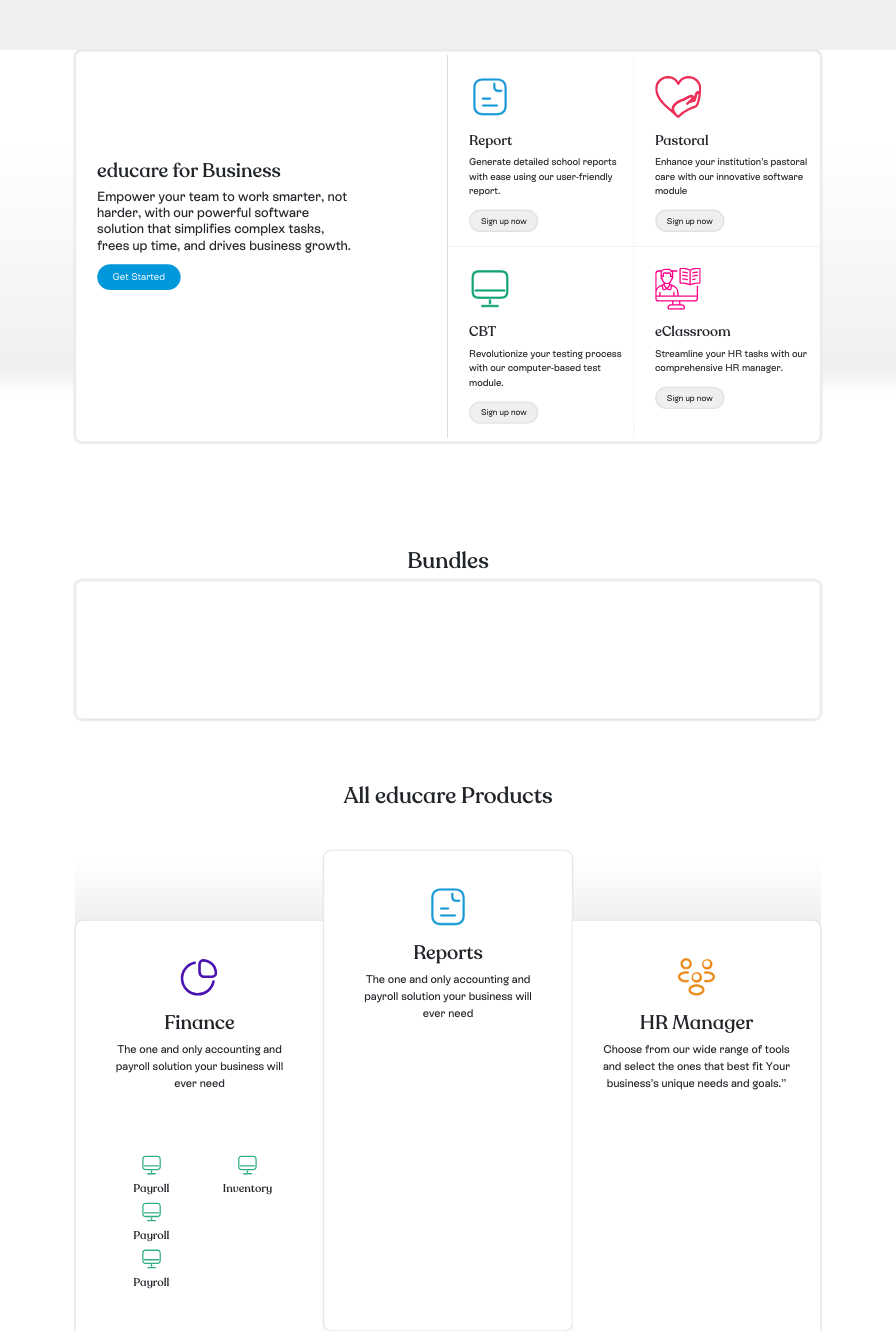
Repository: sarahnnanyelugo/educare-web
Page: /
An editor plug-in stored every save of this project. The page is shown before and after the next save, followed by the edit.
The browser window is 1280 px wide. The pictures show the part of the page from y = 1819 to 3739 px (the page is 3720 px tall before and 3739 px after), at 70% of full size.
The project was rebuilt for these pictures with package versions that can differ from the ones it lists, and the page was loaded fresh each time.

Above is the page before, as saved 2023-04-05 10:59:37.

### src/App.jsx
import React from "react";
import logo from "./logo.svg";
import "./App.scss";
import "bootstrap/dist/css/bootstrap.min.css";
import { BrowserRouter, Routes, Route, Link, Outlet } from "react-router-dom";
import NavBar from "./components/NavBar/NavBar";
import { Home } from "./pages/Home/Home";

function App() {
  return (
    <>
      {" "}
      <NavBar />
      <Routes>
        <Route path="/" element={<Home />} />
      </Routes>
    </>
  );
}

export default App;

### src/App.scss
@font-face {
  font-family: rebondG;
  src: url(./assets/fonts/Rebond_font/RebondG.otf);
}
@font-face {
  font-family: rebondG-Bold;
  src: url(./assets/fonts/Rebond_font/RebondG-Bold.otf);
}
@font-face {
  font-family: rebondG-Medium;
  src: url(./assets/fonts/Rebond_font/RebondGrotesqueMedium.otf);
}

@font-face {
  font-family: recoMedium;
  src: url(./assets/fonts/Recoleto-font/RecoletaAlt-Medium.ttf);
}

h1,
h2,
h3,
h4,
h5,
h6 {
  font-family: recoMedium;
}
p {
  font-family: rebondG-Medium;
}
@media screen and (min-width: 620px) {
  .flexy {
    display: flex;
  }
}
@media screen and (max-width: 620px) {
  .flexyM {
    display: flex;
  }
}

### src/components/NavBar/NavBar.tsx
import React from "react";
import Logo from "../../assets/images/educare-logo.png";
import { Link, NavLink } from "react-router-dom";
import "./_navbar.scss";

function NavBar() {
  return (
    <div className="navbar-container">
      <div className="logo-holder  ">
        {" "}
        <Link to={"/"}>
          {" "}
          <img className="   logo" src={Logo} alt="Scholar" />
        </Link>
      </div>
      <ul className=" list-inline list-unstyled nav-links-container">
        <li className="list-inline-item">
          <NavLink to={""} className="nav-links">
            Solutions{" "}
            <span>
              <i className="icofont-curved-down"></i>
            </span>
          </NavLink>
        </li>{" "}
        <li className="list-inline-item">
          <NavLink to={""} className="nav-links">
            Resources
          </NavLink>
        </li>{" "}
        <li className="list-inline-item">
          <NavLink to={""} className="nav-links">
            Pricing
          </NavLink>
        </li>{" "}
        <li className="list-inline-item">
          <NavLink to={""} className="nav-links">
            Support
          </NavLink>
        </li>
      </ul>
      <div className="nav-buttons">
        <button className="sign-in-button">Log in</button>
        <button className="get-started-button">Get Started</button>
      </div>
    </div>
  );
}

export default NavBar;

### src/pages/Home/Home.tsx
import React from "react";
import { RandomComponent } from "./RandomComponent/RandomComponent";
import "./_home.scss";
import RedIcon from "../../assets/images/red-dots.svg";
import BlueIcon from "../../assets/images/blue-dots.svg";
import YellowIcon from "../../assets/images/yellow-dots.svg";
import HalfCircle from "../../assets/images/half-circle.svg";
import People from "../../assets/images/people.svg";
import Mail from "../../assets/images/edit.svg";
import People2 from "../../assets/images/people2.svg";
import Pastoral from "../../assets/images/pastoral.svg";
import Chart from "../../assets/images/chart.svg";
import Screen from "../../assets/images/screen.svg";
import Classroom from "../../assets/images/read-book.svg";
import Features from "./Features/Features";
import EducareProducts from "./EducareProducts/EducareProducts";
import OtherEducareProducts from "./OtherEducareProducts/OtherEducareProducts";

export const Home = () => {
  return (
    <>
      <div className="col-md-12 modern-solutions-container">
        <center>
          <div className="col-md-6">
            <h1>Modern solution for your Business</h1>
            <p>
              Unlock Your Business’s Potential with Cutting-Edge Software
              Solutions Designed to Streamline Operations, Optimize Performance,
              and Drive Growth.
            </p>
            <button className="gs-button">Get started</button>
            <button className="request-button">Request for a demo</button>
          </div>
        </center>
      </div>
      <div className="col-md-12 actions-container">
        <div className="col-md-4">
          <div className="col-md-9">
            {" "}
            <RandomComponent
              title="Pick your tools"
              icon={RedIcon}
              paragraph=" Unlock Your Business Potential with Cutting-Edge Software  Solutions Designed to Streamline"
            />
          </div>
        </div>
        <div className="col-md-4">
          <div className="col-md-9">
            {" "}
            <RandomComponent
              title="work smart not hard"
              icon={YellowIcon}
              paragraph="Choose from our wide range of tools and select the ones that best fit Your business’s unique needs and goals.”"
            />
          </div>
        </div>
        <div className="col-md-4">
          <div className="col-md-9">
            {" "}
            <RandomComponent
              title="We’ve got your back"
              icon={BlueIcon}
              paragraph="You can count on our support and expertise every step of the way, so you can focus on your business’s growth and success."
            />
          </div>
        </div>
      </div>
      <div className="features-heading">
        <center>
          <h1>Featured Products</h1>
        </center>
      </div>
      <div
        className="col-md-12  flexy features-holder"
        style={{ paddingBottom: "150px" }}
      >
        <div className="col-md-1">&nbsp;</div>
        <div className="col-md-10  features-container flexy">
          <div className="col-md-6 first-container">
            <h3>educare for Business</h3>
            <p>
              Empower your team to work smarter, not harder, with our powerful
              software solution that simplifies complex tasks, frees up time,
              and drives business growth.
            </p>
            <button>Get Started</button>
          </div>
          <div className="col-md-6">
            <div className="col-md-12 flexy">
              {" "}
              <div className="col-md-6 right-features">
                <Features
                  feature="Finance"
                  detail="The one and only accounting and payroll solution your business will ever need"
                  icon={HalfCircle}
                />{" "}
              </div>{" "}
              <div className="col-md-6">
                <Features
                  feature="HR Manager"
                  detail="The one and only accounting and payroll solution your business will ever need"
                  icon={People2}
                />{" "}
              </div>
            </div>
            <div className="col-md-12 flexy second-grid">
              {" "}
              <div className="col-md-6 right-features">
                <Features
                  feature="MailBox"
                  detail="Simplify communication with our powerful mailbox"
                  icon={Mail}
                />{" "}
              </div>{" "}
              <div className="col-md-6">
                <Features
                  feature="Facility Management"
                  detail="Optimize your workforce with our staff management module."
                  icon={People}
                />{" "}
              </div>
            </div>
          </div>
        </div>
      </div>{" "}
      <div className="col-md-12  flexy features-holder2">
        <div className="col-md-1">&nbsp;</div>
        <div className="col-md-10  features-container flexy ">
          <div className="col-md-6 first-container">
            <h3>educare for Business</h3>
            <p>
              Empower your team to work smarter, not harder, with our powerful
              software solution that simplifies complex tasks, frees up time,
              and drives business growth.
            </p>
            <button>Get Started</button>
          </div>
          <div className="col-md-6">
            <div className="col-md-12 flexy">
              {" "}
              <div className="col-md-6 right-features">
                <Features
                  feature="Report"
                  detail="Generate detailed school reports with ease using our user-friendly report."
                  icon={Chart}
                />{" "}
              </div>{" "}
              <div className="col-md-6">
                <Features
                  feature="Pastoral"
                  detail="Enhance your institution’s pastoral care with our innovative software module"
                  icon={Pastoral}
                />{" "}
              </div>
            </div>
            <div className="col-md-12 flexy second-grid">
              {" "}
              <div className="col-md-6 right-features">
                <Features
                  feature="CBT"
                  detail="Revolutionize your testing process with our computer-based test module."
                  icon={Screen}
                />{" "}
              </div>{" "}
              <div className="col-md-6">
                <Features
                  feature="eClassroom"
                  detail="Streamline your HR tasks with our comprehensive HR manager."
                  icon={Classroom}
                />{" "}
              </div>
            </div>
          </div>
        </div>
      </div>
      <center className="mt">
        <h2>Bundles</h2>
      </center>
      <div className="col-md-12 bundles-container flexy">
        <div className="col-md-1">&nbsp;</div>
        <div className="col-md-10 bundles"></div>
      </div>
      <center className="mt9">
        <h2>All educare Products</h2>
      </center>
      <div className="col-md-12 flexy">
        <div className="col-md-1">&nbsp;</div>
        <div className="col-md-10  flexy products-container">
          <div className="col-md-4 first-product-column">
            <EducareProducts
              productName="Finance"
              productDetail="The one and only accounting and payroll solution your business will ever need"
              productIcon={HalfCircle}
            />
            <div className="col-md-12 flexy flexyM mt9">
              <div className="col-md-6 col-6">
                <OtherEducareProducts
                  productIcon={Screen}
                  productName="Payroll"
                />{" "}
                <OtherEducareProducts
                  productIcon={Screen}
                  productName="Payroll"
                />{" "}
                <OtherEducareProducts
                  productIcon={Screen}
                  productName="Payroll"
                />
              </div>
              <div className="col-md-6 col-6">
                {" "}
                <OtherEducareProducts
                  productIcon={Screen}
                  productName="Inventory"
                />
              </div>
            </div>
          </div>{" "}
          <div className="col-md-4 second-product-column">
            <EducareProducts
              productName="Reports"
              productDetail="The one and only accounting and payroll solution your business will ever need"
              productIcon={Chart}
            />
          </div>
          <div className="col-md-4 third-product-column">
            <EducareProducts
              productName="HR Manager"
              productDetail="Choose from our wide range of tools and select the ones that best fit Your business’s unique needs and goals.”"
              productIcon={People2}
            />
          </div>
        </div>
      </div>
    </>
  );
};

### src/components/NavBar/_navbar.scss
@import "../../variables";
@import "../../shared-styles";

.navbar-container {
  background: inherit;
  padding: 5px 80px;
  display: flex;

  .logo-holder {
    flex-grow: 1;
  }
  .nav-links-container {
    flex-grow: 1;
    margin-top: 20px;
    .nav-links {
      margin: 20px;
      color: #6f6f71;
      text-decoration: none;
      font-family: rebondG-Bold;
    }
    li {
      padding: 3px 0px;
      border-radius: 35px;
      transition: 0.5s ease;
      &:hover {
        background: rgb(224, 222, 222) !important;

        border: solid 1px grey;
      }
    }
  }
  .nav-buttons {
    .get-started-button {
      @include get-started-button;
      margin-left: 10px;
      margin-top: 20px;
    }
    .sign-in-button {
      @include login-or-signup-button;
      margin-top: 20px;
    }
  }
}

### src/pages/Home/RandomComponent/RandomComponent.tsx
import React from "react";
import "./_random-component.scss";
export interface RandomComponentProps {
  title: string;
  paragraph: string;
  icon: string;
}
export const RandomComponent = (props: RandomComponentProps) => {
  return (
    <div className="col-md-12 random-container">
      <div className="heading">
        {" "}
        <img className="" src={props.icon} alt="Scholar" width="100%" />
        <h3>{props.title}</h3>
      </div>
      <p>{props.paragraph}</p>
    </div>
  );
};

### src/pages/Home/_home.scss
@import "../../variables";
@import "../../shared-styles";

.modern-solutions-container {
  padding-top: 80px;
  padding-bottom: 150px;
  background: rgb(240, 240, 240);
  background: linear-gradient(
    0deg,
    rgba(240, 240, 240, 1) 51%,
    rgba(255, 255, 255, 1) 67%
  );

  h1 {
    font-family: recoMedium;
  }
  p {
    font-family: rebondG-Medium;
    font-size: 20px;
    margin-top: 15px;
  }
  .gs-button {
    @include get-started-button;
  }
  .request-button {
    @include login-or-signup-button;
    margin-left: 5px;
  }
}
.actions-container {
  background: $lightblue;
  height: fit-content;
  display: flex;
  padding: 80px 100px;
}
.features-heading {
  margin-top: 170px;
  margin-bottom: 90px;
}
.features-container {
  border: solid 2px rgb(234, 232, 232);
  box-shadow: 0 0 2px 2px rgb(238, 235, 235);
  border-radius: 10px !important;
  height: fit-content;
  // margin-top: 20px;
  padding-bottom: 5px;
  padding-top: 5px;
  background: #fff;
  .first-container {
    padding-right: 130px;
    background: #fff;
    padding-left: 30px;
    border-right: solid 1px rgb(206, 205, 205);
    h3 {
      margin-top: 150px;
    }
    p {
      font-size: 19px;
      line-height: 23px;
    }
    button {
      @include get-started-button;
      margin-bottom: 120px;
    }
  }
  .second-grid {
    border-top: solid 1px rgb(231, 228, 228);
    // box-shadow: 0 0 1px 1px rgb(238, 235, 235);
  }
  .right-features {
    // box-shadow: 0 0 1px 1px rgb(238, 235, 235);
    border-right: solid 1px rgb(231, 228, 228);
  }
}
.features-holder {
  background: rgb(240, 240, 240);
  background: linear-gradient(
    0deg,
    rgba(240, 240, 240, 1) 51%,
    rgba(255, 255, 255, 1) 67%
  );
}
.features-holder2 {
  background: rgb(255, 255, 255);
  background: linear-gradient(
    0deg,
    rgba(255, 255, 255, 1) 31%,
    rgba(240, 240, 240, 1) 36%,
    rgba(255, 255, 255, 1) 80%
  );
  padding-bottom: 150px;
}
.bundles {
  border: solid 2px rgb(234, 232, 232);
  box-shadow: 0 0 2px 2px rgb(238, 235, 235);
  border-radius: 10px !important;
  height: 200px;
  // margin-top: 20px;
  padding-bottom: 5px;
  padding-top: 5px;
}
.products-container {
  background: rgb(255, 255, 255);
  background: linear-gradient(
    0deg,
    rgba(255, 255, 255, 1) 15%,
    rgba(240, 240, 240, 1) 18%,
    rgba(255, 255, 255, 1) 54%,
    rgba(240, 240, 240, 1) 80%,
    rgba(255, 255, 255, 1) 91%
  );
  height: fit-content;
  .first-product-column {
    padding: 50px 40px;
    background: #ffff;
    border-top: solid 1px rgb(233, 229, 229);
    border-left: solid 1px rgb(233, 229, 229);
    margin-top: 150px;
    border-top-left-radius: 12px;
    box-shadow: 0 0 1px 1px rgb(233, 229, 229);
  }
  .second-product-column {
    padding: 50px 40px;
    background: #ffff;
    border: solid 1px rgb(233, 229, 229);
    box-shadow: 0 0 1px 1px rgb(233, 229, 229);
    border-radius: 12px;

    margin-top: 50px;
  }
  .third-product-column {
    padding: 50px 40px;
    background: #ffff;
    border-top: solid 1px rgb(233, 229, 229);
    border-right: solid 1px rgb(233, 229, 229);
    margin-top: 150px;
    box-shadow: 0 0 1px 1px rgb(233, 229, 229);
    border-top-right-radius: 12px;
  }
}

### src/pages/Home/Features/Features.tsx
import React from "react";
import "./_features.scss";
export interface featuresProps {
  feature: string;
  detail: string;
  icon: string;
}
export const Features = (props: featuresProps) => {
  return (
    <>
      <div className="col-md-12 features">
        <img className="" src={props.icon} alt="Scholar" />
        <h5>{props.feature}</h5>
        <p>{props.detail}</p>
        <button>Sign up now</button>
      </div>
    </>
  );
};

export default Features;

### src/pages/Home/EducareProducts/EducareProducts.tsx
import React from "react";
import './educare-products.scss'
export interface ProductComponentProps {
  productName: string;
  productDetail: string;
  productIcon: string;
}
export const EducareProducts = (props: ProductComponentProps) => {
  return (
    <>
      <div className="col-md-12 educare-products">
        <center>
          <img
            className=""
            src={props.productIcon}
            alt="Scholar"
            width="100%"
          />
          <h3>{props.productName}</h3>
          <p>{props.productDetail}</p>
        </center>
      </div>
    </>
  );
};

export default EducareProducts;

### src/pages/Home/OtherEducareProducts/OtherEducareProducts.tsx
import React from "react";
import "./other-products.scss";
export interface OtherProductProps {
  productName: string;

  productIcon: string;
}
export const OtherEducareProducts = (props: OtherProductProps) => {
  return (
    <div className="col-md-12 other-products-container">
      <center>
        {" "}
        <img className="" src={props.productIcon} alt="icon" width="100%" />
        <h6>{props.productName}</h6>
      </center>
    </div>
  );
};

export default OtherEducareProducts;

### src/_variables.scss
$blue: #0098da;
$lightblue: #e1f2fa;

@mixin get-started-button {
  background-color: $blue;
  color: #fff;
  border-radius: 35px;
  border: none;
  padding: 8px 22px;
  font-size: 14px;
  font-family: rebondG;
  &:hover {
    background: #005b83;
    transition: 0.5s ease;
  }
}
@mixin login-or-signup-button {
  baclground: #fff;
  color: black;
  border-radius: 20px;
  padding: 5px 15px;
  font-size: 12px;
  border: none;
  border: solid 2px rgb(230, 225, 225);
  font-family: rebondG;
  &:hover {
    background: grey;
    transition: 0.5s ease;
  }
}

### src/_shared-styles.scss
.mt1 {
  margin-top: 10px;
}
.mt2 {
  margin-top: 20px;
}
.mt3 {
  margin-top: 30px;
}
.mt4 {
  margin-top: 40px;
}
.mt5 {
  margin-top: 50px;
}
.mt6 {
  margin-top: 60px;
}
.mt7 {
  margin-top: 70px;
}
.mt8 {
  margin-top: 80px;
}
.mt9 {
  margin-top: 90px;
}

### src/pages/Home/RandomComponent/_random-component.scss
.random-container {
  img {
    width: 20px;
    // margin-right: 10px;
  }
  .heading {
    display: flex;
    h3 {
      font-family: recoMedium;
      margin-left: 10px;
    }
  }
  p {
    font-family: rebondG-Medium;
    margin-left: 30px;
    font-size: 17px;
  }
}

### src/pages/Home/Features/_features.scss
@import "../../../variables";
@import "../../../shared-styles";

.features {
  padding-left: 30px;
  height: fit-content;
  padding-bottom: 20px;
  background: #fff;
  img {
    height: 60px;
    margin-left: 0 !important;
    margin-top: 30px;
    margin-bottom: 20px;
  }
  button {
    @include login-or-signup-button;
    // margin-bottom: 50px;
  }
  p {
    font-size: 14px;
  }
}

### src/pages/Home/EducareProducts/educare-products.scss
.educare-products {
  img {
    height: 60px;
    margin-bottom: 20px;
  }
}

### src/pages/Home/OtherEducareProducts/other-products.scss
.other-products-container {
  img {
    height: 30px;
    margin-bottom: 10px;
  }
}

Loaded but not shown: public/index.html (common file); src/index.tsx (common file); src/index.css (common file); src/reportWebVitals.ts (common file)

After the next save:
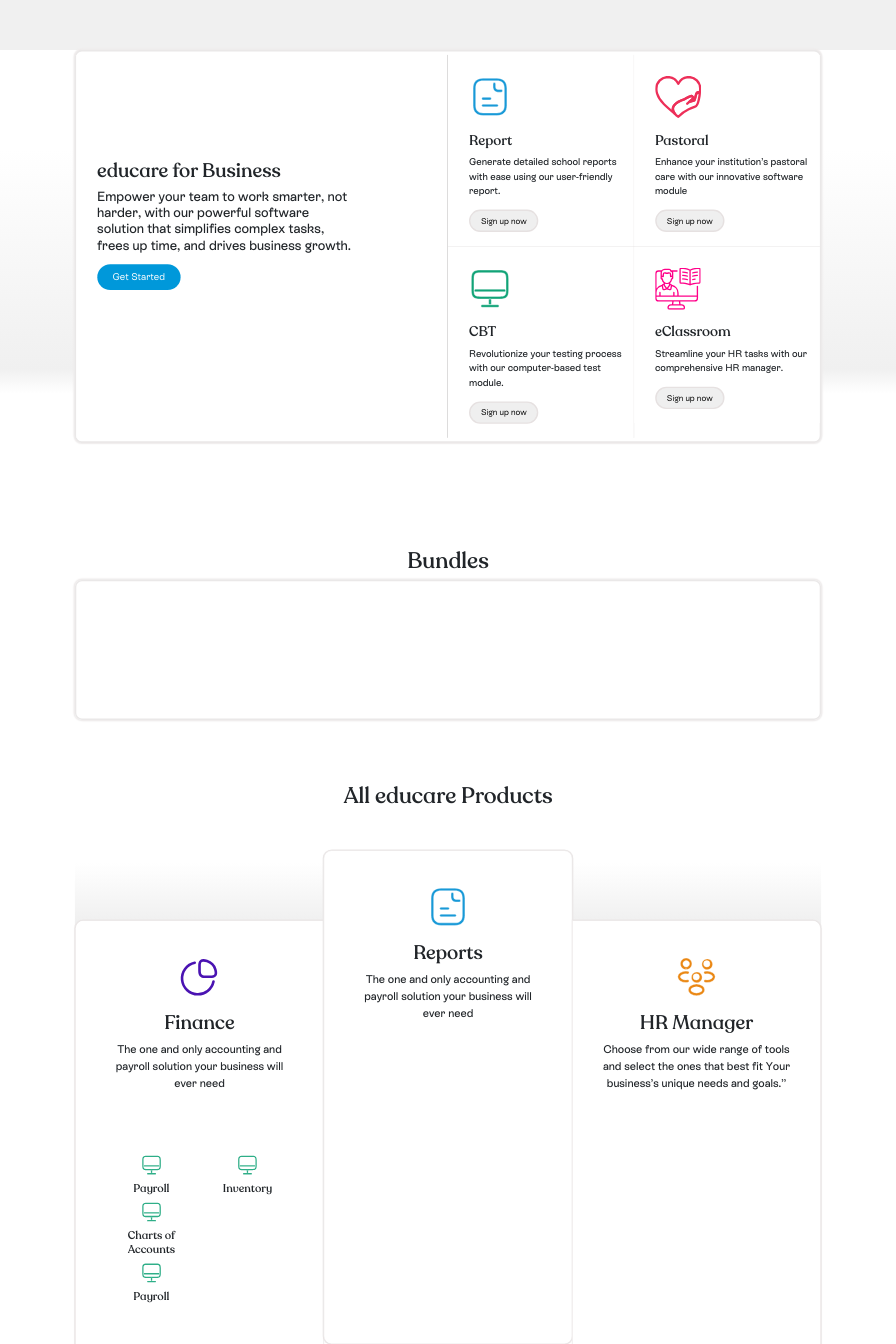
Saved 26 s later.
--- a/src/pages/Home/Home.tsx
+++ b/src/pages/Home/Home.tsx
@@ -200,7 +200,7 @@
                 />{" "}
                 <OtherEducareProducts
                   productIcon={Screen}
-                  productName="Payroll"
+                  productName="Charts of Accounts"
                 />{" "}
                 <OtherEducareProducts
                   productIcon={Screen}
